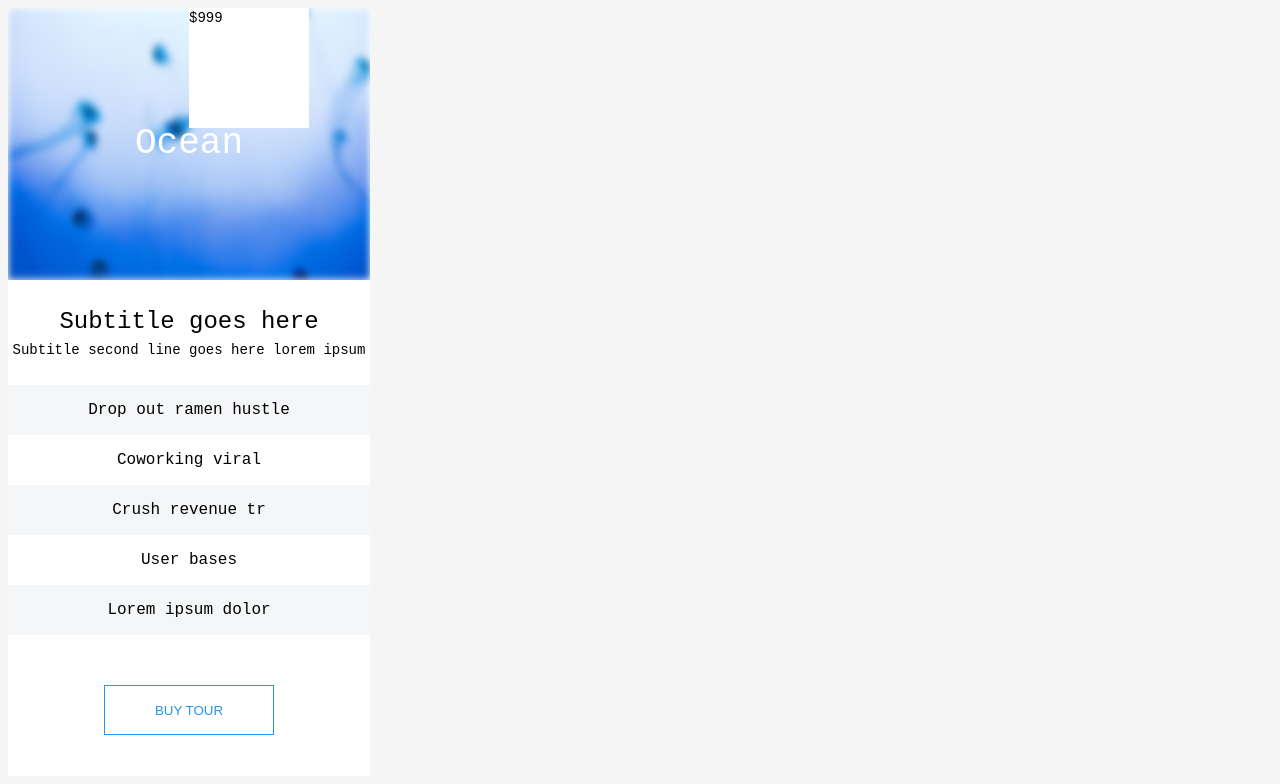
Repository: HoanTiny/pricetable
Page: index.html
An editor plug-in stored every save of this project. The page is shown before and after the next save, followed by the edit.
The browser window is 1280 px wide. The pictures show the whole page.

Above is the page before, as saved 2022-07-04 10:26:23.

After the next save:
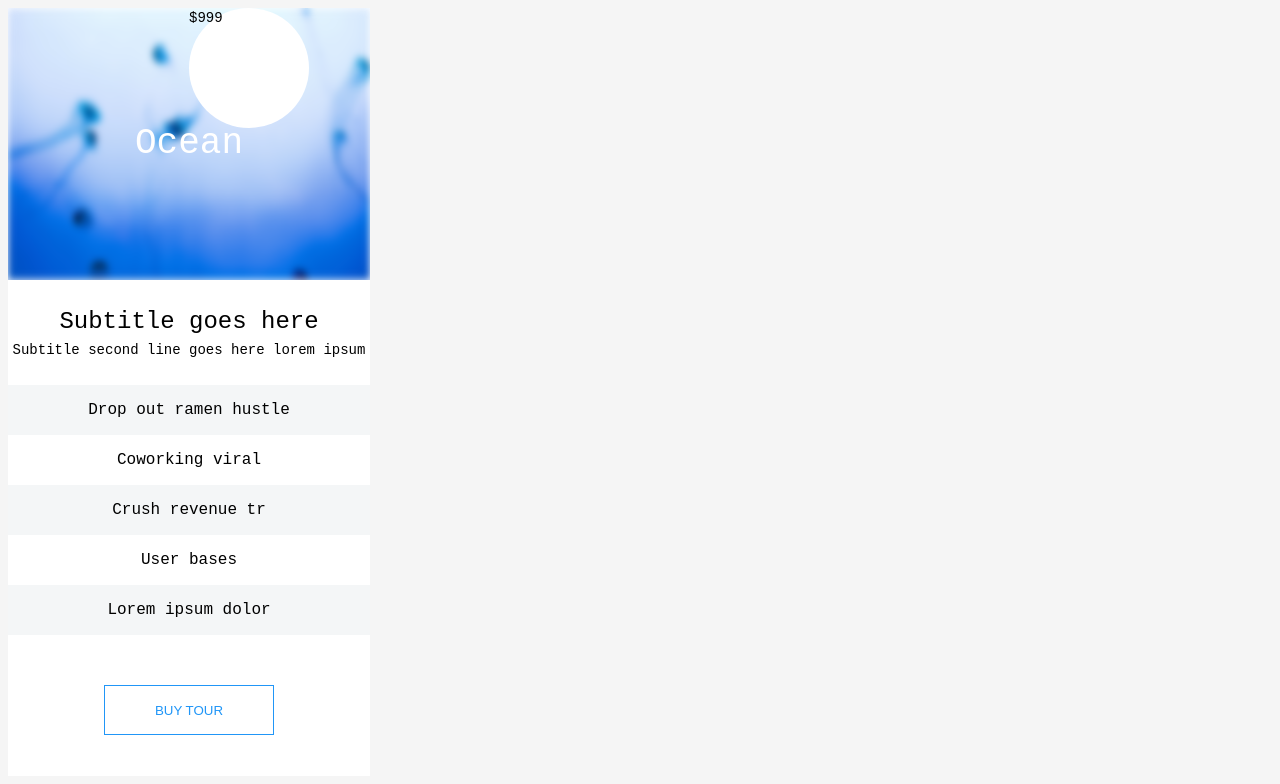
Saved 8 s later.
--- a/assests/css/style.css
+++ b/assests/css/style.css
@@ -90,6 +90,6 @@ img {
     left: 50%;
     width: 120px;
     height: 120px;
-    border: radius 50%;
+    border-radius: 50%;
     background-color: #fff;
 }
